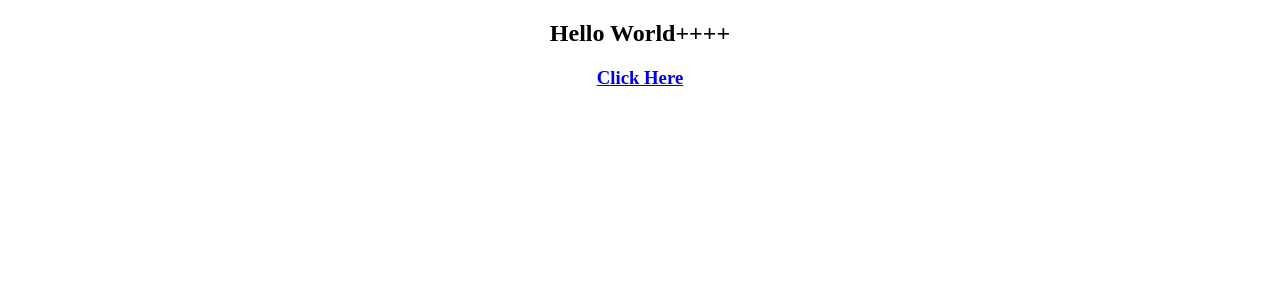
Repository: icecreamfrappe/workspacetest
Page: http://localhost/BubbleBee/
The author's editor kept a copy of each file at every save. The page is drawn from the files as they stood at one save, then again after the next save.
The browser window is 1280 px wide. The pictures show the whole page.
The page is served by Tomcat 9.

Above is the page before, as saved 2015-06-11 04:26:36.

After the next save:
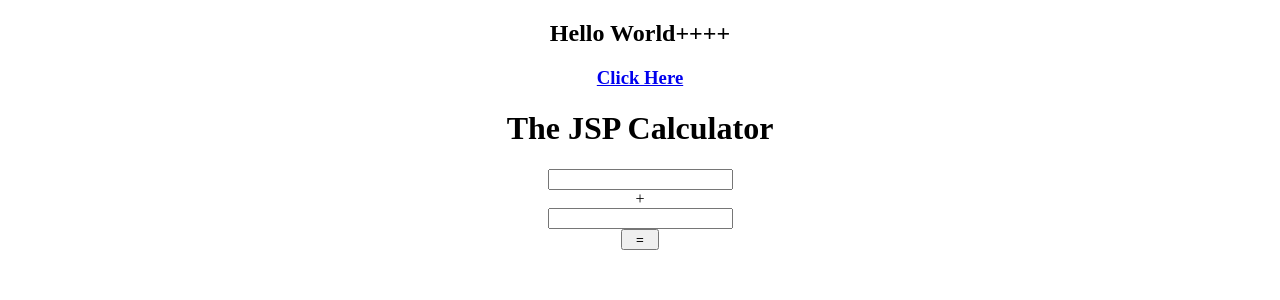
Saved 3 min 39 s later.
--- a/BubbleBee/src/main/webapp/index.jsp
+++ b/BubbleBee/src/main/webapp/index.jsp
@@ -13,6 +13,17 @@ pageEncoding="ISO-8859-1"%>
 		<h2>Hello World++++</h2>
 		<h3>
 			<a href="hello?name=BubbleBee">Click Here</a>
+
+
+			<H1>The JSP Calculator</H1>
+                <INPUT TYPE="TEXT" NAME="op1" VALUE="">
+                <BR>
+                +
+                <BR>
+                <INPUT TYPE="TEXT" NAME="op2" VALUE="">
+                <BR>
+                <INPUT TYPE="SUBMIT" VALUE="&nbsp;&nbsp;=&nbsp;&nbsp;">
+
 		</h3>
 	</center>
 </body>
